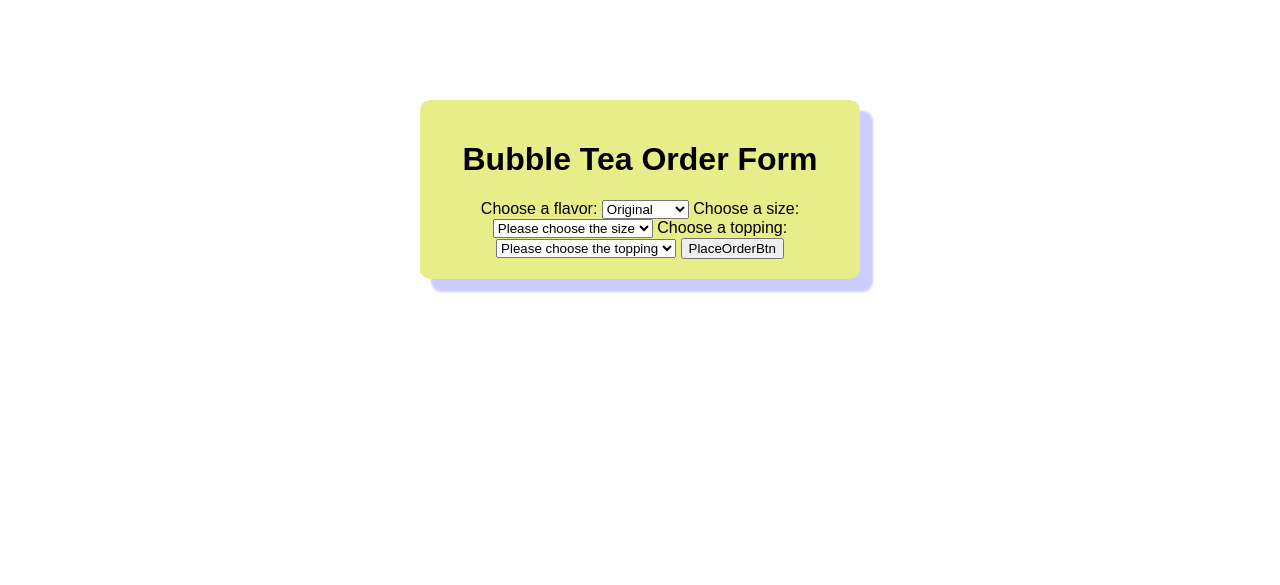
Repository: liulian26/CS5610
Page: lab3/index.html
These files come from the project's save history. The page is drawn as it stood at one moment and after the next save; the edit follows.
The browser window is 1280 px wide. The pictures show the whole page.

Above is the page before, as saved 2025-01-30 20:25:45.

### lab3/index.html
<!DOCTYPE html>
<html lang="en">
  <head>
    <meta charset="utf-8" />
    <title>Bubble Tea ordering system</title>
    <link rel="stylesheet" href="css/styles.css" />
    <script defer src="js/script.js"></script>
  </head>

  <body>
    <main>
      <form id="bubbleTeaForm">
        <h1>Bubble Tea Order Form</h1>

        <!--- choose a flavor -->
        <label for="flavor">Choose a flavor:</label>
        <select id="flavor">
          <option value="original">Original</option>
          <option value="mango">Mango</option>
          <option value="strawberry">Strawberry</option>
        </select>

        <!--- choose a size -->
        <label for="size">Choose a size:</label>
        <select id = "size">
        <option value="" disabled selected>Please choose the size</option>
          <option value="small">Small</option>
          <option value="medium">Medium</option>
          <option value="large">Large</option>
        </select>

        <!--- choose a topping -->
        <label for="topping">Choose a topping:</label>
        <select id="topping" mutiple>
            <option value="" disabled selected>Please choose the topping</option>
            <option value="boba">Boba</option>
            <option value="jelly">Jelly</option>
            <option value="pudding">Pudding</option>
        </select>

        <!-- submit the order-->
        <button type="Place Order">PlaceOrderBtn</button>

      </form>
    </main>
  </body>
</html>

### lab3/css/styles.css
body{
    background-color: white;
    font-family: Arial, sans-serif;
    text-align: center;
}

form{
    background-color: #e6ed89;
    max-width: 400px;
    border-radius: 10px;
    box-shadow: 12px 12px 2px 1px rgba(0, 0, 255, .2);
    padding: 20px;
    margin: 100px auto;

}

### week4/js/script.js
// let user;
// do{let user = prompt("What is your name?");
// } while (isNaN(user) === false || user.length === 1);

// console.log(typeof user);

let students = [
    {
        name: "Cristian",
        age: 30,
        location: "Vancouver"
     },
     {
        name: "James",
        age: 40,
        location: "Toronto"
     },
     {
        name: "Garry",
        age: 20,
        location: "Vancouver"
     },
];

// function that student is in Vancouver
function findstudentinvancouver() {
    let vancouverStudents = [];
    for(let i = 0; i < students.length; i++){
        if(students[i].location === "Vancouver"){
            // console.log student name lives in Vancouver
            console.log('${student[i].name} lives in  ${student[i].location}');
            vancouverStudents.push(students[i]);
            }
        }
        return vancouverStudents;
}

const returnedArray = findstudentinvancouver();
console.log(returnedArray);

After the next save:
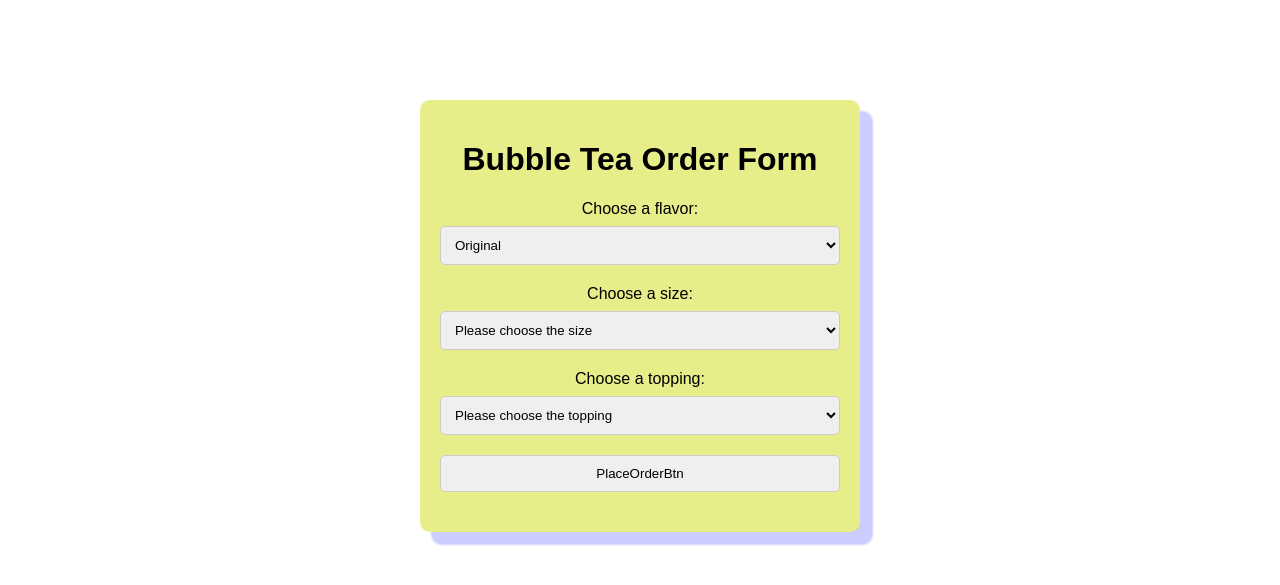
Saved 2 min 33 s later.
--- a/lab3/css/styles.css
+++ b/lab3/css/styles.css
@@ -11,5 +11,17 @@ form{
     box-shadow: 12px 12px 2px 1px rgba(0, 0, 255, .2);
     padding: 20px;
     margin: 100px auto;
+}
 
+label{
+    display: block;
+    margin-bottom: 8px;
 }
+
+select, button {
+    width: 100%;
+    padding: 10px;
+    margin-bottom: 20px;
+    border-radius: 5px;
+    border: 1px solid #ccc;
+}
